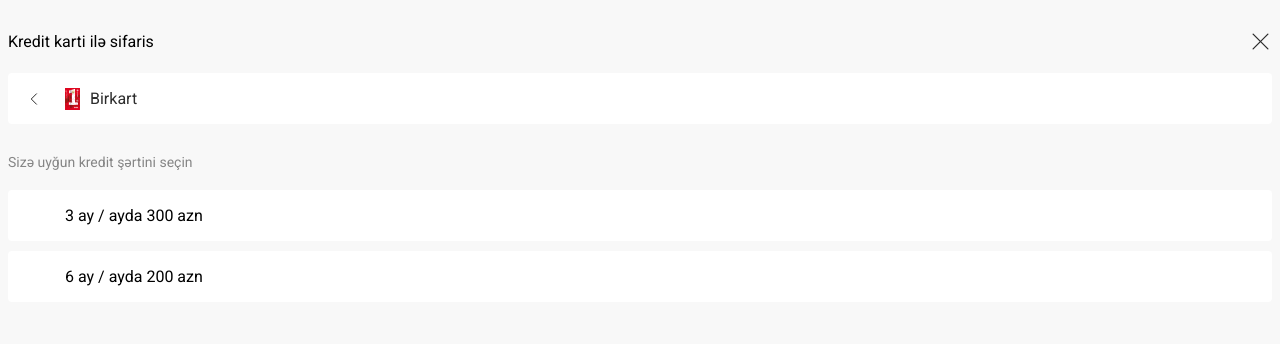
Repository: lmira7777/Carts
Page: Caravan/index.html
These files come from the project's save history. The page is drawn as it stood at one moment and after the next save; the edit follows.
The browser window is 1280 px wide. The pictures show the whole page.

Above is the page before, as saved 2024-04-25 21:52:39.

After the next save:
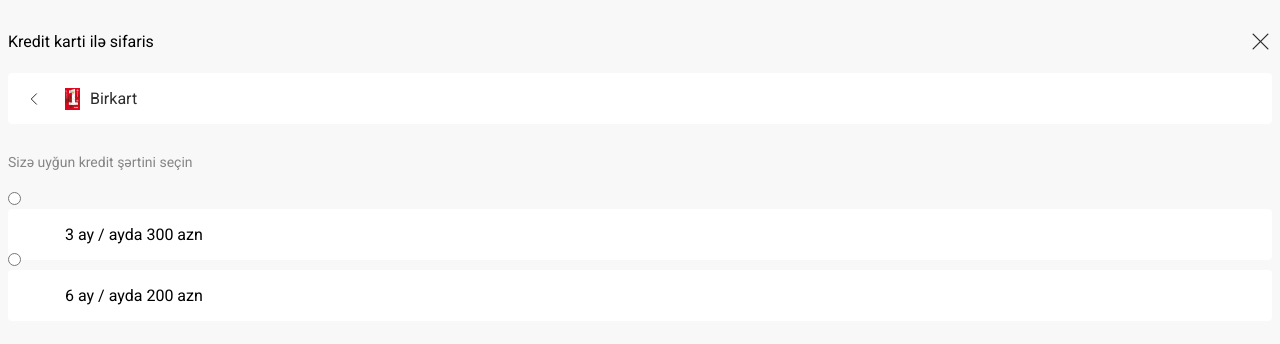
Saved 18 s later.
--- a/Caravan/style.css
+++ b/Caravan/style.css
@@ -126,12 +126,7 @@
 }
 
 .month-list-item input{
-    position: absolute;
-    top: 40%;
-    left: 15px;
-    appearance: none;
-    width: 30px;
-    height: 30px;
+
 
 
 }

After the save that followed:
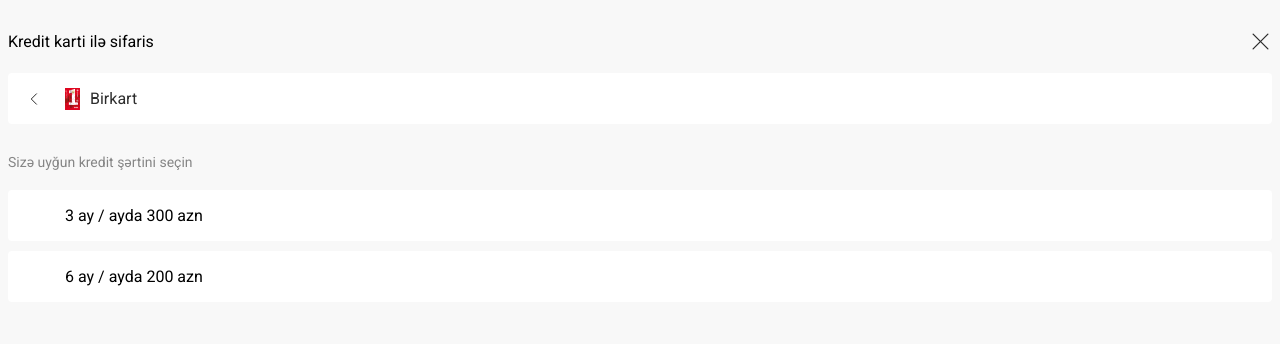
Saved 7 s later.
--- a/Caravan/style.css
+++ b/Caravan/style.css
@@ -126,6 +126,7 @@
 }
 
 .month-list-item input{
+    display: none;
 
 
 
